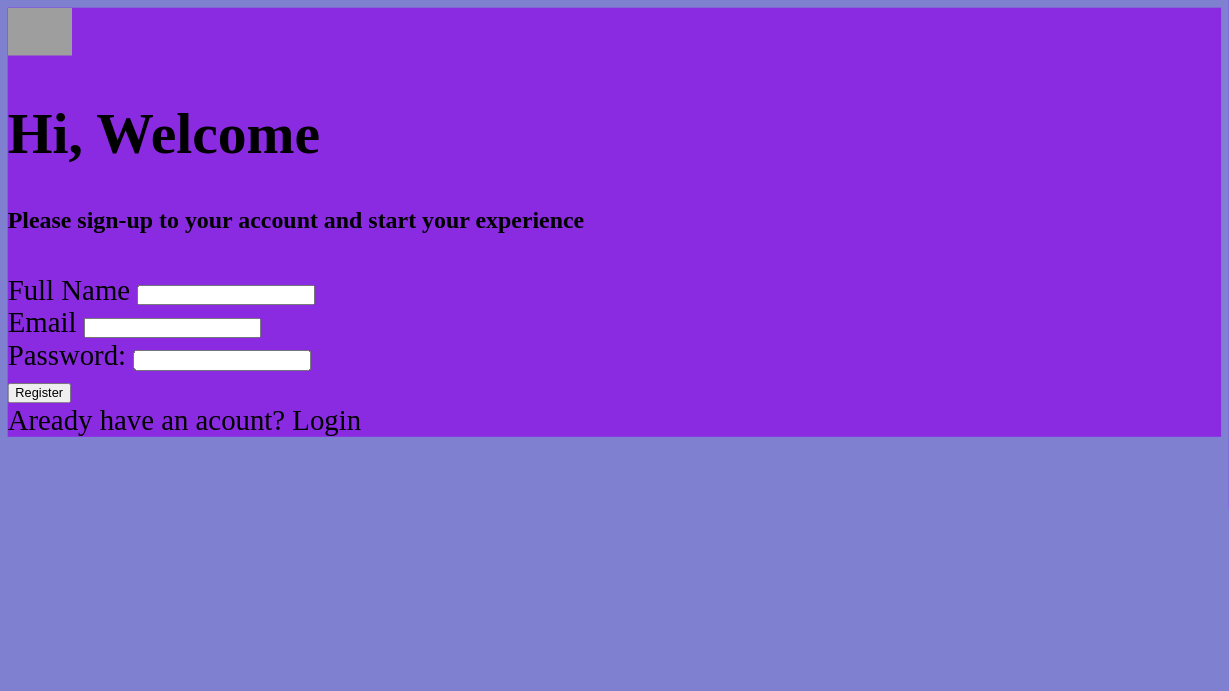
Repository: KingBoyMaylow/movie-task
Page: index.html
These files come from the project's save history. The page is drawn as it stood at one moment and after a run of saves; the edit follows.
The browser window is 1280 px wide. The pictures show the whole page, at 96% of full size.
Pictures or frames that could not be fetched are drawn as grey boxes.

Above is the page before, as saved 2024-05-18 17:08:17.

After the next 6 saves:
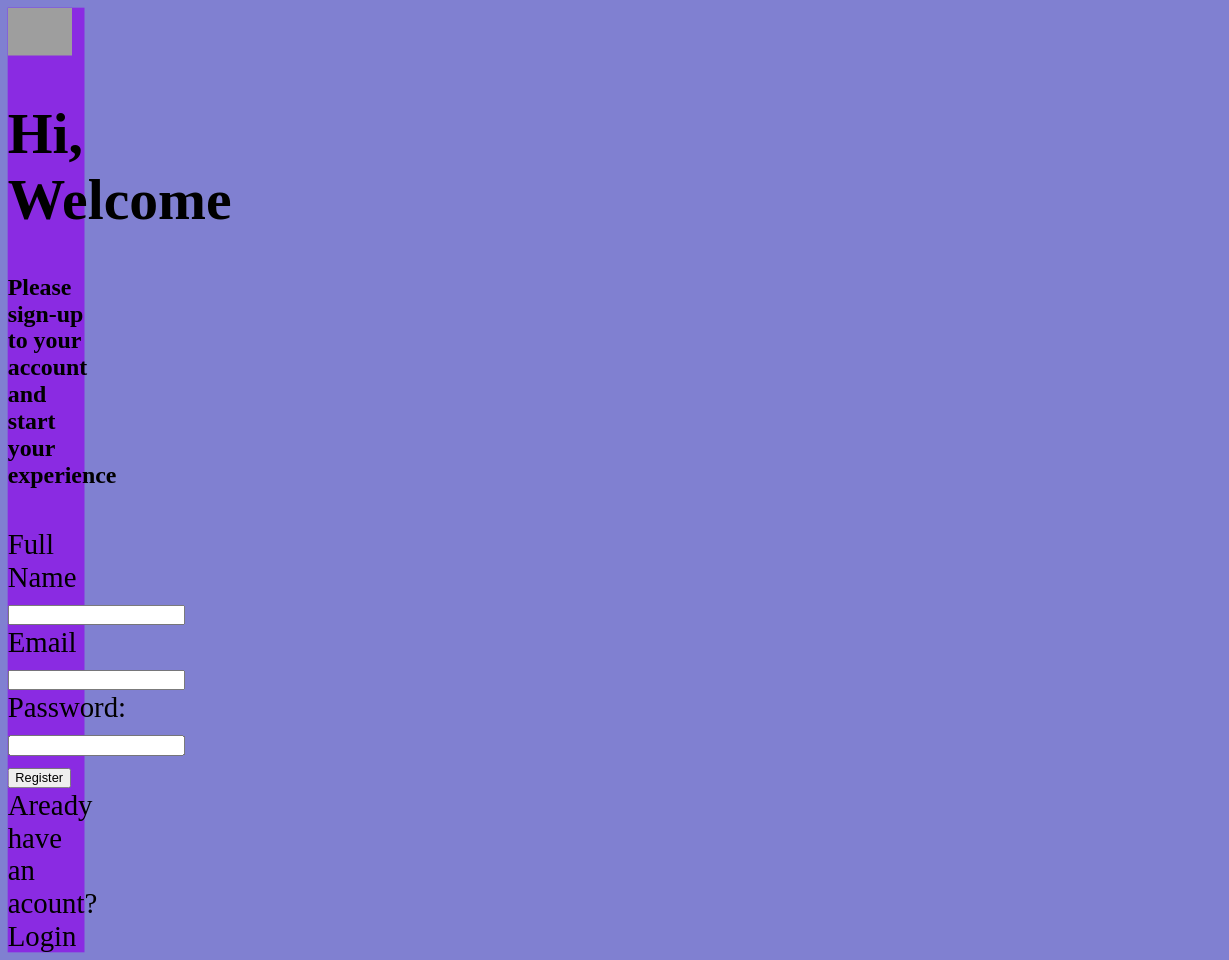
The 6 saves are shown as one change because they came seconds apart.
The last was saved 56 s later.
--- a/html.css
+++ b/html.css
@@ -4,7 +4,7 @@ body{
 .sign-up-div{
     font-size: 30px;
     background-color: blueviolet;
-    box-shadow:
+    width: 80px;
 }
 img{
     height: 50px;
